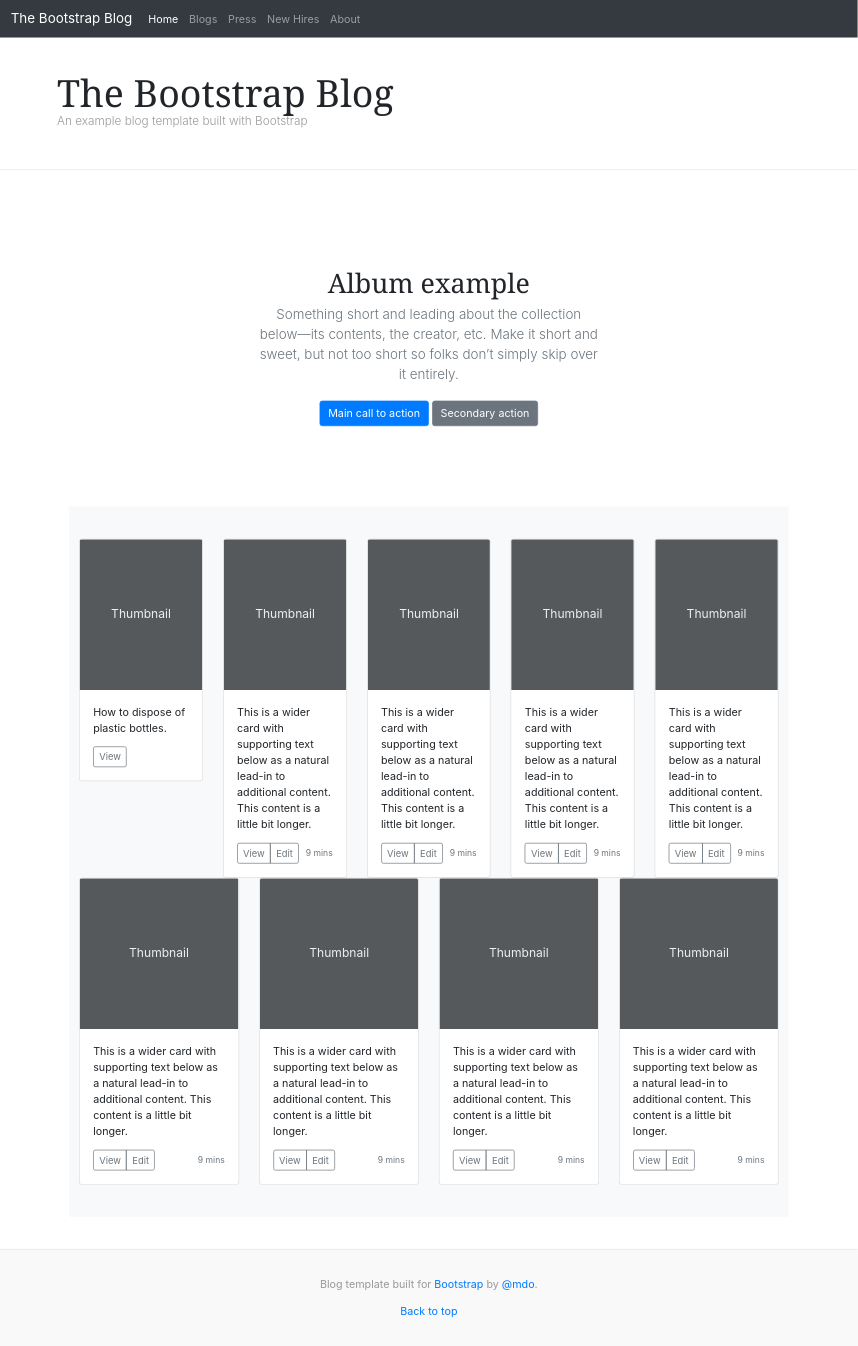
Repository: AshokSasi/CopyNPasta-Recycle-App
Page: http://localhost/
The author's editor kept a copy of each file at every save. The page is drawn from the files as they stood at one save, then again after the next save.
The browser window is 1280 px wide. The pictures show the whole page, at 67% of full size.
The page is served by the project's Laravel application, run on PHP 8.4 with Laravel 8. Other server files are loaded and not shown.

Above is the page before, as saved 2021-09-25 11:34:33.

### routes/web.php
<?php


Route::get('/','HomeController@index');

Route::get('/posts/index','PostsController@index');

Route::get('/posts/create','PostsController@create');

Route::post('/posts','PostsController@store');


Route::get('/posts/{post}','PostsController@show');

Route::post('/posts/{post}/comments','CommentsController@store');

### resources/views/home/index.blade.php
@extends('layouts.master')

@section('content')


<style>
  .bd-placeholder-img {
    font-size: 1.125rem;
    text-anchor: middle;
    -webkit-user-select: none;
    -moz-user-select: none;
    user-select: none;
  }

  @media (min-width: 768px) {
    .bd-placeholder-img-lg {
      font-size: 3.5rem;
    }
  }
</style>
<main>

  <section class="py-5 text-center container">
    <div class="row py-lg-5">
      <div class="col-lg-6 col-md-8 mx-auto">
        <h1 class="fw-light">Album example</h1>
        <p class="lead text-muted">Something short and leading about the collection below—its contents, the creator, etc. Make it short and sweet, but not too short so folks don’t simply skip over it entirely.</p>
        <p>
          <a href="#" class="btn btn-primary my-2">Main call to action</a>
          <a href="#" class="btn btn-secondary my-2">Secondary action</a>
        </p>
      </div>
    </div>
  </section>

  <div class="album py-5 bg-light">
    <div class="container">

      <div class="row row-cols-1 row-cols-sm-2 row-cols-md-3 g-3">
        <div class="col">
          <div class="card shadow-sm">
            <svg class="bd-placeholder-img card-img-top" width="100%" height="225" xmlns="http://www.w3.org/2000/svg" role="img" aria-label="Placeholder: Thumbnail" preserveAspectRatio="xMidYMid slice" focusable="false"><title>Placeholder</title><rect width="100%" height="100%" fill="#55595c"/><text x="50%" y="50%" fill="#eceeef" dy=".3em">Thumbnail</text></svg>

            <div class="card-body">
              <p class="card-text">How to dispose of plastic bottles.</p>
              <div class="d-flex justify-content-between align-items-center">
                <div class="btn-group">
                  <button type="button" class="btn btn-sm btn-outline-secondary">View</button>
                </div>
              </div>
            </div>
          </div>
        </div>
        <div class="col">
          <div class="card shadow-sm">
            <svg class="bd-placeholder-img card-img-top" width="100%" height="225" xmlns="http://www.w3.org/2000/svg" role="img" aria-label="Placeholder: Thumbnail" preserveAspectRatio="xMidYMid slice" focusable="false"><title>Placeholder</title><rect width="100%" height="100%" fill="#55595c"/><text x="50%" y="50%" fill="#eceeef" dy=".3em">Thumbnail</text></svg>

            <div class="card-body">
              <p class="card-text">This is a wider card with supporting text below as a natural lead-in to additional content. This content is a little bit longer.</p>
              <div class="d-flex justify-content-between align-items-center">
                <div class="btn-group">
                  <button type="button" class="btn btn-sm btn-outline-secondary">View</button>
                  <button type="button" class="btn btn-sm btn-outline-secondary">Edit</button>
                </div>
                <small class="text-muted">9 mins</small>
              </div>
            </div>
          </div>
        </div>
        <div class="col">
          <div class="card shadow-sm">
            <svg class="bd-placeholder-img card-img-top" width="100%" height="225" xmlns="http://www.w3.org/2000/svg" role="img" aria-label="Placeholder: Thumbnail" preserveAspectRatio="xMidYMid slice" focusable="false"><title>Placeholder</title><rect width="100%" height="100%" fill="#55595c"/><text x="50%" y="50%" fill="#eceeef" dy=".3em">Thumbnail</text></svg>

            <div class="card-body">
              <p class="card-text">This is a wider card with supporting text below as a natural lead-in to additional content. This content is a little bit longer.</p>
              <div class="d-flex justify-content-between align-items-center">
                <div class="btn-group">
                  <button type="button" class="btn btn-sm btn-outline-secondary">View</button>
                  <button type="button" class="btn btn-sm btn-outline-secondary">Edit</button>
                </div>
                <small class="text-muted">9 mins</small>
              </div>
            </div>
          </div>
        </div>

        <div class="col">
          <div class="card shadow-sm">
            <svg class="bd-placeholder-img card-img-top" width="100%" height="225" xmlns="http://www.w3.org/2000/svg" role="img" aria-label="Placeholder: Thumbnail" preserveAspectRatio="xMidYMid slice" focusable="false"><title>Placeholder</title><rect width="100%" height="100%" fill="#55595c"/><text x="50%" y="50%" fill="#eceeef" dy=".3em">Thumbnail</text></svg>

            <div class="card-body">
              <p class="card-text">This is a wider card with supporting text below as a natural lead-in to additional content. This content is a little bit longer.</p>
              <div class="d-flex justify-content-between align-items-center">
                <div class="btn-group">
                  <button type="button" class="btn btn-sm btn-outline-secondary">View</button>
                  <button type="button" class="btn btn-sm btn-outline-secondary">Edit</button>
                </div>
                <small class="text-muted">9 mins</small>
              </div>
            </div>
          </div>
        </div>
        <div class="col">
          <div class="card shadow-sm">
            <svg class="bd-placeholder-img card-img-top" width="100%" height="225" xmlns="http://www.w3.org/2000/svg" role="img" aria-label="Placeholder: Thumbnail" preserveAspectRatio="xMidYMid slice" focusable="false"><title>Placeholder</title><rect width="100%" height="100%" fill="#55595c"/><text x="50%" y="50%" fill="#eceeef" dy=".3em">Thumbnail</text></svg>

            <div class="card-body">
              <p class="card-text">This is a wider card with supporting text below as a natural lead-in to additional content. This content is a little bit longer.</p>
              <div class="d-flex justify-content-between align-items-center">
                <div class="btn-group">
                  <button type="button" class="btn btn-sm btn-outline-secondary">View</button>
                  <button type="button" class="btn btn-sm btn-outline-secondary">Edit</button>
                </div>
                <small class="text-muted">9 mins</small>
              </div>
            </div>
          </div>
        </div>
        <div class="col">
          <div class="card shadow-sm">
            <svg class="bd-placeholder-img card-img-top" width="100%" height="225" xmlns="http://www.w3.org/2000/svg" role="img" aria-label="Placeholder: Thumbnail" preserveAspectRatio="xMidYMid slice" focusable="false"><title>Placeholder</title><rect width="100%" height="100%" fill="#55595c"/><text x="50%" y="50%" fill="#eceeef" dy=".3em">Thumbnail</text></svg>

            <div class="card-body">
              <p class="card-text">This is a wider card with supporting text below as a natural lead-in to additional content. This content is a little bit longer.</p>
              <div class="d-flex justify-content-between align-items-center">
                <div class="btn-group">
                  <button type="button" class="btn btn-sm btn-outline-secondary">View</button>
                  <button type="button" class="btn btn-sm btn-outline-secondary">Edit</button>
                </div>
                <small class="text-muted">9 mins</small>
              </div>
            </div>
          </div>
        </div>

        <div class="col">
          <div class="card shadow-sm">
            <svg class="bd-placeholder-img card-img-top" width="100%" height="225" xmlns="http://www.w3.org/2000/svg" role="img" aria-label="Placeholder: Thumbnail" preserveAspectRatio="xMidYMid slice" focusable="false"><title>Placeholder</title><rect width="100%" height="100%" fill="#55595c"/><text x="50%" y="50%" fill="#eceeef" dy=".3em">Thumbnail</text></svg>

            <div class="card-body">
              <p class="card-text">This is a wider card with supporting text below as a natural lead-in to additional content. This content is a little bit longer.</p>
              <div class="d-flex justify-content-between align-items-center">
                <div class="btn-group">
                  <button type="button" class="btn btn-sm btn-outline-secondary">View</button>
                  <button type="button" class="btn btn-sm btn-outline-secondary">Edit</button>
                </div>
                <small class="text-muted">9 mins</small>
              </div>
            </div>
          </div>
        </div>
        <div class="col">
          <div class="card shadow-sm">
            <svg class="bd-placeholder-img card-img-top" width="100%" height="225" xmlns="http://www.w3.org/2000/svg" role="img" aria-label="Placeholder: Thumbnail" preserveAspectRatio="xMidYMid slice" focusable="false"><title>Placeholder</title><rect width="100%" height="100%" fill="#55595c"/><text x="50%" y="50%" fill="#eceeef" dy=".3em">Thumbnail</text></svg>

            <div class="card-body">
              <p class="card-text">This is a wider card with supporting text below as a natural lead-in to additional content. This content is a little bit longer.</p>
              <div class="d-flex justify-content-between align-items-center">
                <div class="btn-group">
                  <button type="button" class="btn btn-sm btn-outline-secondary">View</button>
                  <button type="button" class="btn btn-sm btn-outline-secondary">Edit</button>
                </div>
                <small class="text-muted">9 mins</small>
              </div>
            </div>
          </div>
        </div>
        <div class="col">
          <div class="card shadow-sm">
            <svg class="bd-placeholder-img card-img-top" width="100%" height="225" xmlns="http://www.w3.org/2000/svg" role="img" aria-label="Placeholder: Thumbnail" preserveAspectRatio="xMidYMid slice" focusable="false"><title>Placeholder</title><rect width="100%" height="100%" fill="#55595c"/><text x="50%" y="50%" fill="#eceeef" dy=".3em">Thumbnail</text></svg>

            <div class="card-body">
              <p class="card-text">This is a wider card with supporting text below as a natural lead-in to additional content. This content is a little bit longer.</p>
              <div class="d-flex justify-content-between align-items-center">
                <div class="btn-group">
                  <button type="button" class="btn btn-sm btn-outline-secondary">View</button>
                  <button type="button" class="btn btn-sm btn-outline-secondary">Edit</button>
                </div>
                <small class="text-muted">9 mins</small>
              </div>
            </div>
          </div>
        </div>
      </div>
    </div>
  </div>

</main>


@endsection

### resources/views/layouts/master.blade.php

<!doctype html>
<html lang="en">
  <head>
    <meta charset="utf-8">
    <meta name="viewport" content="width=device-width, initial-scale=1, shrink-to-fit=no">
    <meta name="description" content="">
    <meta name="author" content="">
    <link rel="icon" href="/docs/4.0/assets/img/favicons/favicon.ico">

    <title>The Bootstrap Blog</title>

    <link rel="canonical" href="https://getbootstrap.com/docs/4.0/examples/album/">

    <!-- Bootstrap core CSS -->
    <link rel="stylesheet" href="https://maxcdn.bootstrapcdn.com/bootstrap/4.0.0/css/bootstrap.min.css"
    integrity="sha384-Gn5384xqQ1aoWXA+058RXPxPg6fy4IWvTNh0E263XmFcJlSAwiGgFAW/dAiS6JXm" crossorigin="anonymous">

    <!-- Custom styles for this template -->
    <link href="/css/app.css" rel="stylesheet">
  </head>

  <body>

    <header>


    @include('layouts.nav')


    </header>

<div class="container p-3 p-md-5">
  <div class="row">
    @yield('content')

  </div>

</div>
@include('layouts.footer')

    <!-- Bootstrap core JavaScript
    ================================================== -->
    <!-- Placed at the end of the document so the pages load faster -->

  </body>
</html>

### resources/views/layouts/nav.blade.php
<nav class="navbar navbar-expand-lg navbar-dark bg-dark">
  <a class="navbar-brand" href="#">The Bootstrap Blog</a>
  <button class="navbar-toggler" type="button" data-toggle="collapse" data-target="#navbarSupportedContent" aria-controls="navbarSupportedContent" aria-expanded="false" aria-label="Toggle navigation">
    <span class="navbar-toggler-icon"></span>
  </button>

  <div class="collapse navbar-collapse" id="navbarSupportedContent">
    <ul class="navbar-nav mr-auto">
      <li class="nav-item active">
        <a class="nav-link" href="#">Home <span class="sr-only">(current)</span></a>
      </li>
      <li class="nav-item">
        <a class="nav-link" href="/posts/index">Blogs</a>
      </li>
      <li class="nav-item">
        <a class="nav-link" href="#">Press</a>
      </li>
      <li class="nav-item">
        <a class="nav-link" href="#">New Hires</a>
      </li>
      <li class="nav-item">
        <a class="nav-link" href="#">About</a>
      </li>


    </ul>

  </div>
</nav>

<div class="blog-header p-3 p-md-5">
  <div class="container">
    <h1 class="blog-title">The Bootstrap Blog</h1>
    <p class="lead blog-description">An example blog template built with Bootstrap</p>
  </div>
</div>

### resources/views/layouts/footer.blade.php
<footer class="blog-footer">
  <p>Blog template built for <a href="https://getbootstrap.com/">Bootstrap</a> by <a href="https://twitter.com/mdo">@mdo</a>.</p>
  <p>
    <a href="#">Back to top</a>
  </p>
</footer>

### public/css/app.css
/* stylelint-disable selector-list-comma-newline-after */

.blog-header {
    line-height: 1;
    border-bottom: 1px solid #e5e5e5;
  }

  .blog-header-logo {
    font-family: "Playfair Display", Georgia, "Times New Roman", serif;
    font-size: 2.25rem;
  }

  .blog-header-logo:hover {
    text-decoration: none;
  }

  h1,
  h2,
  h3,
  h4,
  h5,
  h6 {
    font-family: "Playfair Display", Georgia, "Times New Roman", serif;
  }

  .display-4 {
    font-size: 2.5rem;
  }

  @media (min-width: 768px) {
    .display-4 {
      font-size: 3rem;
    }
  }

  .nav-scroller {
    position: relative;
    z-index: 2;
    height: 2.75rem;
    overflow-y: hidden;
  }

  .nav-scroller .nav {
    display: -webkit-box;
    display: -ms-flexbox;
    display: flex;
    -ms-flex-wrap: nowrap;
    flex-wrap: nowrap;
    padding-bottom: 1rem;
    margin-top: -1px;
    overflow-x: auto;
    text-align: center;
    white-space: nowrap;
    -webkit-overflow-scrolling: touch;
  }

  .nav-scroller .nav-link {
    padding-top: .75rem;
    padding-bottom: .75rem;
    font-size: .875rem;
  }

  .card-img-right {
    height: 100%;
    border-radius: 0 3px 3px 0;
  }

  .flex-auto {
    -ms-flex: 0 0 auto;
    -webkit-box-flex: 0;
    flex: 0 0 auto;
  }

  .h-250 {
    height: 250px;
  }

  @media (min-width: 768px) {
    .h-md-250 {
      height: 250px;
    }
  }

  .border-top {
    border-top: 1px solid #e5e5e5;
  }

  .border-bottom {
    border-bottom: 1px solid #e5e5e5;
  }

  .box-shadow {
    -webkit-box-shadow: 0 0.25rem 0.75rem rgba(0, 0, 0, 0.05);
            box-shadow: 0 0.25rem 0.75rem rgba(0, 0, 0, 0.05);
  }

  /*
     * Blog name and description
     */

  .blog-title {
    margin-bottom: 0;
    font-size: 2rem;
    font-weight: 400;
  }

  .blog-description {
    font-size: 1.1rem;
    color: #999;
  }

  @media (min-width: 40em) {
    .blog-title {
      font-size: 3.5rem;
    }
  }

  /* Pagination */

  .blog-pagination {
    margin-bottom: 4rem;
  }

  .blog-pagination > .btn {
    border-radius: 2rem;
  }

  /*
     * Blog posts
     */

  .blog-post {
    margin-bottom: 4rem;
  }

  .blog-post-title {
    margin-bottom: .25rem;
    font-size: 2.5rem;
  }

  .blog-post-meta {
    margin-bottom: 1.25rem;
    color: #999;
  }

  /*
     * Footer
     */

  .blog-footer {
    padding: 2.5rem 0;
    color: #999;
    text-align: center;
    background-color: #f9f9f9;
    border-top: .05rem solid #e5e5e5;
  }

  .blog-footer p:last-child {
    margin-bottom: 0;
  }

/* stylelint-disable selector-list-comma-newline-after */

.blog-header {
    line-height: 1;
    border-bottom: 1px solid #e5e5e5;
  }

  .blog-header-logo {
    font-family: "Playfair Display", Georgia, "Times New Roman", serif;
    font-size: 2.25rem;
  }

  .blog-header-logo:hover {
    text-decoration: none;
  }

  h1,
  h2,
  h3,
  h4,
  h5,
  h6 {
    font-family: "Playfair Display", Georgia, "Times New Roman", serif;
  }

  .display-4 {
    font-size: 2.5rem;
  }

  @media (min-width: 768px) {
    .display-4 {
      font-size: 3rem;
    }
  }

  .nav-scroller {
    position: relative;
    z-index: 2;
    height: 2.75rem;
    overflow-y: hidden;
  }

  .nav-scroller .nav {
    display: -webkit-box;
    display: -ms-flexbox;
    display: flex;
    -ms-flex-wrap: nowrap;
    flex-wrap: nowrap;
    padding-bottom: 1rem;
    margin-top: -1px;
    overflow-x: auto;
    text-align: center;
    white-space: nowrap;
    -webkit-overflow-scrolling: touch;
  }

  .nav-scroller .nav-link {
    padding-top: .75rem;
    padding-bottom: .75rem;
    font-size: .875rem;
  }

  .card-img-right {
    height: 100%;
    border-radius: 0 3px 3px 0;
  }

  .flex-auto {
    -ms-flex: 0 0 auto;
    -webkit-box-flex: 0;
    flex: 0 0 auto;
  }

  .h-250 {
    height: 250px;
  }

  @media (min-width: 768px) {
    .h-md-250 {
      height: 250px;
    }
  }

  .border-top {
    border-top: 1px solid #e5e5e5;
  }

  .border-bottom {
    border-bottom: 1px solid #e5e5e5;
  }

  .box-shadow {
    -webkit-box-shadow: 0 0.25rem 0.75rem rgba(0, 0, 0, 0.05);
            box-shadow: 0 0.25rem 0.75rem rgba(0, 0, 0, 0.05);
  }

  /*
     * Blog name and description
     */

  .blog-title {
    margin-bottom: 0;
    font-size: 2rem;
    font-weight: 400;
  }

  .blog-description {
    font-size: 1.1rem;
    color: #999;
  }

  @media (min-width: 40em) {
    .blog-title {
      font-size: 3.5rem;
    }
  }

  /* Pagination */

  .blog-pagination {
    margin-bottom: 4rem;
  }

  .blog-pagination > .btn {
    border-radius: 2rem;
  }

  /*
     * Blog posts
     */

  .blog-post {
    margin-bottom: 4rem;
  }

  .blog-post-title {
    margin-bottom: .25rem;
    font-size: 2.5rem;
  }

  .blog-post-meta {
    margin-bottom: 1.25rem;
    color: #999;
  }

  /*
     * Footer
     */

  .blog-footer {
    padding: 2.5rem 0;
    color: #999;
    text-align: center;
    background-color: #f9f9f9;
    border-top: .05rem solid #e5e5e5;
  }

  .blog-footer p:last-child {
    margin-bottom: 0;
  }


  /* ============================================================================================== */

Loaded but not shown: app/Http/Controllers/HomeController.php (common file); app/Http/Controllers/Controller.php (common file)

After the next save:
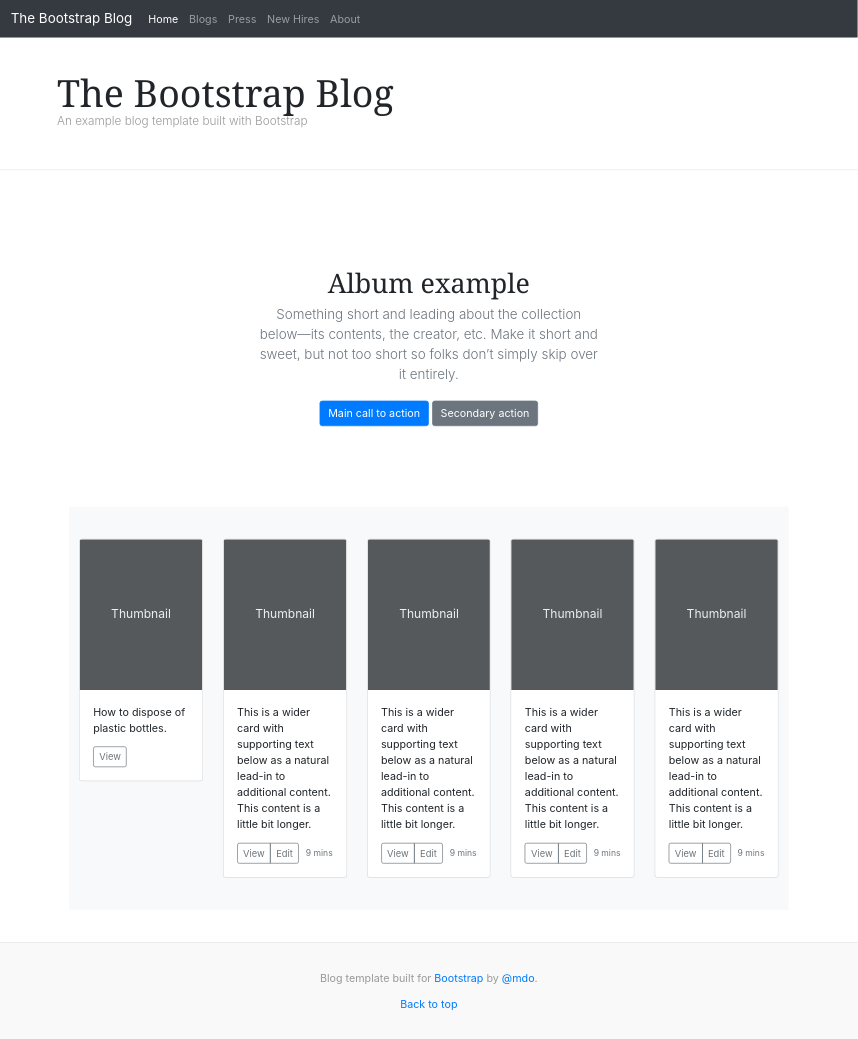
Saved 6 min 14 s later.
--- a/resources/views/home/index.blade.php
+++ b/resources/views/home/index.blade.php
@@ -84,38 +84,8 @@
           </div>
         </div>
 
-        <div class="col">
-          <div class="card shadow-sm">
-            <svg class="bd-placeholder-img card-img-top" width="100%" height="225" xmlns="http://www.w3.org/2000/svg" role="img" aria-label="Placeholder: Thumbnail" preserveAspectRatio="xMidYMid slice" focusable="false"><title>Placeholder</title><rect width="100%" height="100%" fill="#55595c"/><text x="50%" y="50%" fill="#eceeef" dy=".3em">Thumbnail</text></svg>
 
-            <div class="card-body">
-              <p class="card-text">This is a wider card with supporting text below as a natural lead-in to additional content. This content is a little bit longer.</p>
-              <div class="d-flex justify-content-between align-items-center">
-                <div class="btn-group">
-                  <button type="button" class="btn btn-sm btn-outline-secondary">View</button>
-                  <button type="button" class="btn btn-sm btn-outline-secondary">Edit</button>
-                </div>
-                <small class="text-muted">9 mins</small>
-              </div>
-            </div>
-          </div>
-        </div>
-        <div class="col">
-          <div class="card shadow-sm">
-            <svg class="bd-placeholder-img card-img-top" width="100%" height="225" xmlns="http://www.w3.org/2000/svg" role="img" aria-label="Placeholder: Thumbnail" preserveAspectRatio="xMidYMid slice" focusable="false"><title>Placeholder</title><rect width="100%" height="100%" fill="#55595c"/><text x="50%" y="50%" fill="#eceeef" dy=".3em">Thumbnail</text></svg>
 
-            <div class="card-body">
-              <p class="card-text">This is a wider card with supporting text below as a natural lead-in to additional content. This content is a little bit longer.</p>
-              <div class="d-flex justify-content-between align-items-center">
-                <div class="btn-group">
-                  <button type="button" class="btn btn-sm btn-outline-secondary">View</button>
-                  <button type="button" class="btn btn-sm btn-outline-secondary">Edit</button>
-                </div>
-                <small class="text-muted">9 mins</small>
-              </div>
-            </div>
-          </div>
-        </div>
         <div class="col">
           <div class="card shadow-sm">
             <svg class="bd-placeholder-img card-img-top" width="100%" height="225" xmlns="http://www.w3.org/2000/svg" role="img" aria-label="Placeholder: Thumbnail" preserveAspectRatio="xMidYMid slice" focusable="false"><title>Placeholder</title><rect width="100%" height="100%" fill="#55595c"/><text x="50%" y="50%" fill="#eceeef" dy=".3em">Thumbnail</text></svg>
@@ -133,38 +103,8 @@
           </div>
         </div>
 
-        <div class="col">
-          <div class="card shadow-sm">
-            <svg class="bd-placeholder-img card-img-top" width="100%" height="225" xmlns="http://www.w3.org/2000/svg" role="img" aria-label="Placeholder: Thumbnail" preserveAspectRatio="xMidYMid slice" focusable="false"><title>Placeholder</title><rect width="100%" height="100%" fill="#55595c"/><text x="50%" y="50%" fill="#eceeef" dy=".3em">Thumbnail</text></svg>
 
-            <div class="card-body">
-              <p class="card-text">This is a wider card with supporting text below as a natural lead-in to additional content. This content is a little bit longer.</p>
-              <div class="d-flex justify-content-between align-items-center">
-                <div class="btn-group">
-                  <button type="button" class="btn btn-sm btn-outline-secondary">View</button>
-                  <button type="button" class="btn btn-sm btn-outline-secondary">Edit</button>
-                </div>
-                <small class="text-muted">9 mins</small>
-              </div>
-            </div>
-          </div>
-        </div>
-        <div class="col">
-          <div class="card shadow-sm">
-            <svg class="bd-placeholder-img card-img-top" width="100%" height="225" xmlns="http://www.w3.org/2000/svg" role="img" aria-label="Placeholder: Thumbnail" preserveAspectRatio="xMidYMid slice" focusable="false"><title>Placeholder</title><rect width="100%" height="100%" fill="#55595c"/><text x="50%" y="50%" fill="#eceeef" dy=".3em">Thumbnail</text></svg>
 
-            <div class="card-body">
-              <p class="card-text">This is a wider card with supporting text below as a natural lead-in to additional content. This content is a little bit longer.</p>
-              <div class="d-flex justify-content-between align-items-center">
-                <div class="btn-group">
-                  <button type="button" class="btn btn-sm btn-outline-secondary">View</button>
-                  <button type="button" class="btn btn-sm btn-outline-secondary">Edit</button>
-                </div>
-                <small class="text-muted">9 mins</small>
-              </div>
-            </div>
-          </div>
-        </div>
         <div class="col">
           <div class="card shadow-sm">
             <svg class="bd-placeholder-img card-img-top" width="100%" height="225" xmlns="http://www.w3.org/2000/svg" role="img" aria-label="Placeholder: Thumbnail" preserveAspectRatio="xMidYMid slice" focusable="false"><title>Placeholder</title><rect width="100%" height="100%" fill="#55595c"/><text x="50%" y="50%" fill="#eceeef" dy=".3em">Thumbnail</text></svg>
